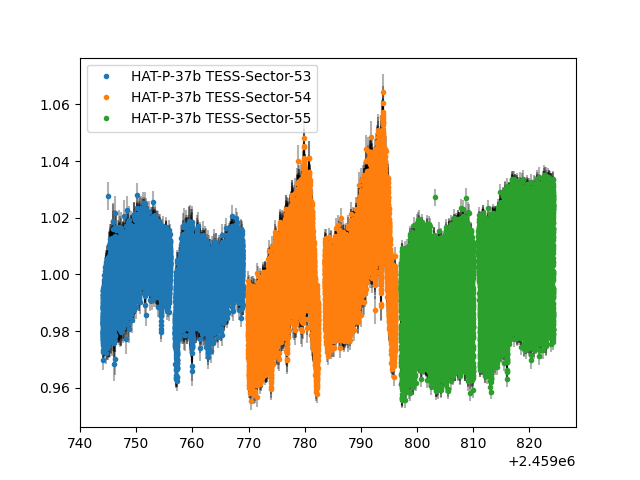
Repository: BoiseStatePlanetary/HAT-P-37-Transit-Timing-Analysis
Script's output: python code/tess_fitting.py
An editor plug-in stored every save of this project. The script's output is shown before and after the next save, followed by the edit.
Random numbers start from a fixed seed.

Above is the script's output before, as saved 2025-04-04 17:59:02.

After the next save:
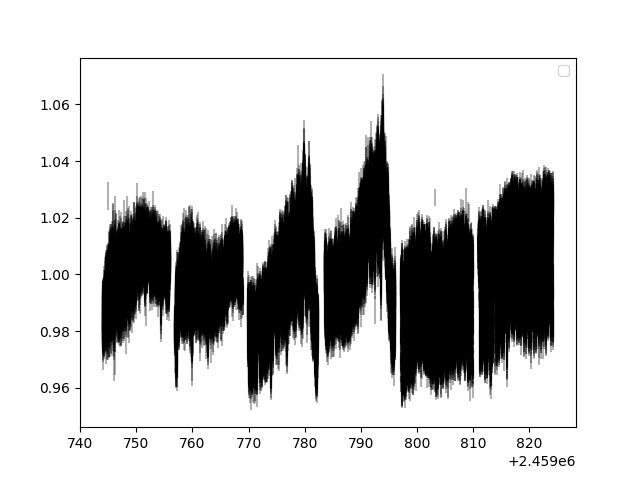
Saved 2 min 48 s later.
--- a/code/tess_fitting.py
+++ b/code/tess_fitting.py
@@ -22,7 +22,7 @@
     planet_name = file_split[-2]
     sector = file_split[-1].split(".")[0]
     plt.errorbar(photdata["BJD_TDB"], photdata["flux"], yerr=photdata["error"], color='k', marker='none', ls='none', alpha=0.3, zorder=0)
-    plt.plot(photdata["BJD_TDB"], photdata["flux"], color=color_dict[sector], marker=".", ls='none', label=f"{planet_name} {sector}")
+    # plt.plot(photdata["BJD_TDB"], photdata["flux"], color=color_dict[sector], marker=".", ls='none', label=f"{planet_name} {sector}")
 
 
 if __name__ == "__main__":

After the save that followed:
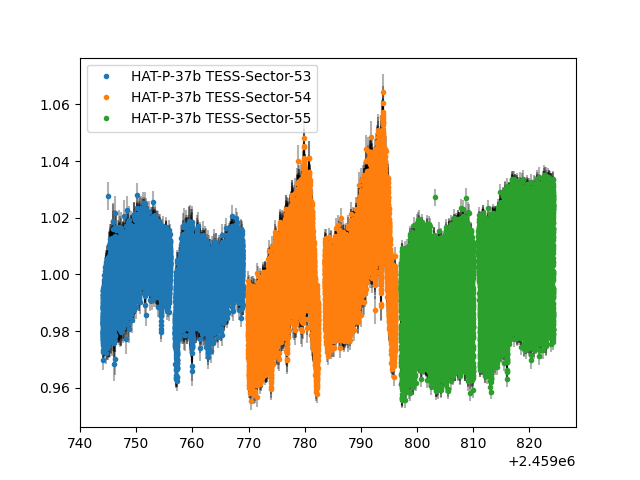
Saved 13 min 23 s later.
--- a/code/tess_fitting.py
+++ b/code/tess_fitting.py
@@ -22,7 +22,7 @@
     planet_name = file_split[-2]
     sector = file_split[-1].split(".")[0]
     plt.errorbar(photdata["BJD_TDB"], photdata["flux"], yerr=photdata["error"], color='k', marker='none', ls='none', alpha=0.3, zorder=0)
-    # plt.plot(photdata["BJD_TDB"], photdata["flux"], color=color_dict[sector], marker=".", ls='none', label=f"{planet_name} {sector}")
+    plt.plot(photdata["BJD_TDB"], photdata["flux"], color=color_dict[sector], marker=".", ls='none', label=f"{planet_name} {sector}")
 
 
 if __name__ == "__main__":
